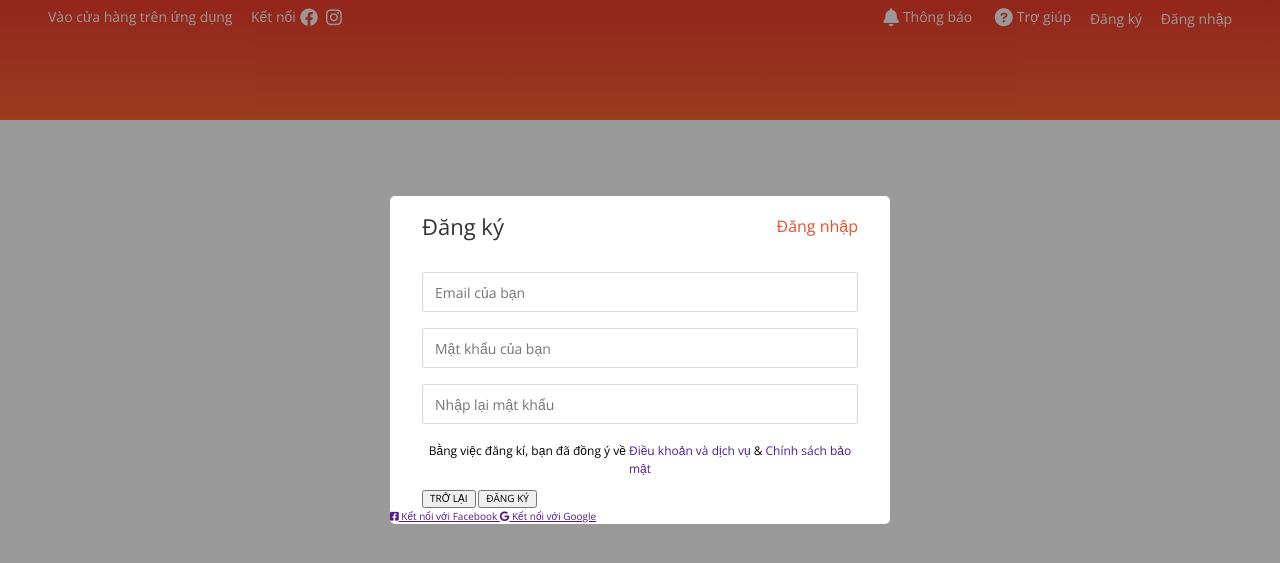
Repository: trongtamdev/Clone-Shopee-Page
Page: index.html
These files come from the project's save history. The page is drawn as it stood at one moment and after the next save; the edit follows.
The browser window is 1280 px wide. The pictures show the whole page.

Above is the page before, as saved 2022-07-08 21:38:52.

### index.html
<!DOCTYPE html>
<html lang="en">

<head>
    <meta charset="UTF-8">
    <meta http-equiv="X-UA-Compatible" content="IE=edge">
    <meta name="viewport" content="width=device-width, initial-scale=1.0">
    <title>Document</title>
    <link rel="stylesheet" href="https://cdnjs.cloudflare.com/ajax/libs/normalize/8.0.1/normalize.min.css">
    <link rel="stylesheet" href="assets/css/base.css">
    <link rel="stylesheet" href="assets/css/main.css">
    <link rel="stylesheet" href="assets/fonts/fontawesome-free-6.1.1/css/all.min.css">
    <link href="https://fonts.googleapis.com/css2?family=Open+Sans:wght@300;400;500;700&display=swap" rel="stylesheet">
</head>
    <div class="app">
        <header class="header">
            <div class="grid">
                <nav class="header__navbar">
                    <ul class="header__navbar-list">
                        <li class="header__navbar-item header__navbar-item--has-qr">
                            Vào cửa hàng trên ứng dụng
                            <div class="header__qr">
                                <img src="assets/img/qr_code.png" alt="QR code" class="header__qr-img">
                                <div class="header__qr-apps">
                                    <a href="" class="header__qr-link">
                                        <img src="assets/img/google_play.png" alt="Google play" class="header__qr-download-img">
                                    </a>
                                    <a href="" class="header__qr-link">
                                        <img src="assets/img/app_store.png" alt="App store" class="header__qr-download-img">
                                    </a>
                                </div>
                            </div>
                        </li>
                        <li class="header__navbar-item">
                            <span class="header__navbar-title--no-pointer">Kết nối</span>
                            <a href="" class="header__navbar-icon-link">
                                <i class="header__navbar-icon fa-brands fa-facebook"></i>
                            </a>
                            <a href="" class="header__navbar-icon-link">
                                <i class="header__navbar-icon fa-brands fa-instagram"></i>
                            </a>
                        </li>
                    </ul>

                    <ul class="header__navbar-list">
                        <li class="header__navbar-item">
                            <a href="" class="header__navbar-item-link">
                                <i class="header__navbar-icon fa-solid fa-bell"></i>
                                Thông báo</a>
                        </li>

                        <li class="header__navbar-item">
                            <a href="" class="header__navbar-item-link">
                                <i class="header__navbar-icon fa-solid fa-circle-question"></i>
                                Trợ giúp</a>
                        </li>

                        <li class="header__navbar-item header__navbar-item--strong">Đăng ký</li>
                        <li class="header__navbar-item header__navbar-item--strong">Đăng nhập</li>
                    </ul>
                </nav>
            </div>

        </header>

        <div class="container">

        </div>

        <footer class="footer">

        </footer>
    </div>
    <div class="modal">
        <div class="modal__overlay">

        </div>
        <div class="modal__body">

            <!-- Auth form -->
            <div class="auth-form">
                <div class="auth-form__container">
                    <div class="auth-form__header">
                        <h3 class="auth-form__heading">Đăng ký</h3>
                        <span class="auth-form__switch-btn">Đăng nhập</span>
                    </div>

                    <div class="auth-form__form">
                        <div class="auth-form__group">
                            <input type="text" class="auth-form__input" placeholder="Email của bạn">
                        </div>

                        <div class="auth-form__group">
                            <input type="password" class="auth-form__input" placeholder="Mật khẩu của bạn">
                        </div>

                        <div class="auth-form__group">
                            <input type="password" class="auth-form__input" placeholder="Nhập lại mật khẩu">
                        </div>
                    </div>

                    <div class="auth-form__aside">
                        <p class="auth-form__policy-text">
                            Bằng việc đăng kí, bạn đã đồng ý về
                            <a href="" class="auth-form__text-link">Điều khoản và dịch vụ</a> &
                            <a href="" class="auth-form__text-link">Chính sách bảo mật</a>
                        </p>
                    </div>

                    <div class="auth-form__controls">
                        <button class="btn">TRỞ LẠI</button>
                        <button class="btn btn--primary">ĐĂNG KÝ</button>
                    </div>
                </div>

                <div class="auth-form__socials">
                    <a href="" class="btn btn--with-icon">
                        <i class="fa-brands fa-facebook-square"></i>
                        Kết nối với Facebook
                    </a>

                    <a href="" class="btn btn--with-icon">
                        <i class="fa-brands fa-google"></i>
                        Kết nối với Google
                    </a>
                </div>
            </div>
        </div>
    </div>
<body>

</body>

</html>

### assets/css/base.css
:root {
    --white-color :#fff;
    --back-color :#000;
    --text-color : #333;
    --primary-color: #EE4D2D;
    --border-color: #dbdbdb;
}

*{
    box-sizing: inherit;
}

html {
    font-size: 62.5%;
    line-height: 1.6rem;
    font-family: 'Open Sans', sans-serif;;
    box-sizing: border-box;
}

.grid {
    width: 1200px;
    max-width: 100%;
    margin: 0 auto;
}

.grid__full-width {
    width: 100%;
}

.grid__row {
    display: flex;
    flex-wrap: wrap
}

/* Animation */
@keyframes fadeIn {
    from {
        opacity: 0;
    }to {
        opacity: 1;
    }
}

/* Modal */

.modal {
    position: fixed;
    top: 0;
    right: 0;
    bottom: 0;
    left: 0;
    display: flex;
}

.modal__overlay {
    position: absolute;
    width: 100%;
    height: 100%;
    background-color: rgba(0, 0, 0, 0.4);
}

.modal__body {

    background-color: var(--white-color);
    margin: auto;
    position: relative;
    z-index: 1;
    border-radius: 5px;
}

### assets/css/main.css
.header {
    height: 120px;
    background-image: linear-gradient(0, #fe6433, #f53e2d);
}

.header__navbar {
    display: flex;
    justify-content: space-between;
}

.header__navbar-list {
    list-style: none;
    padding: 0;
    margin-top: 4px;
}

.header__navbar-item {
    margin: 0 8px;
    position: relative;
    min-height: 26px;
}

.header__navbar-item--has-qr:hover .header__qr {
    display: block;
}

.header__navbar-item,
.header__navbar-item-link{
    display: inline-block;
    font-size: 1.4rem;
    color :var(--white-color);
    text-decoration: none;
    font-weight: 300;
}

.header__navbar-item,
.header__navbar-item-link,
.header__navbar-icon-link {
    display: inline-flex;
    align-items: center;
}

.header__navbar-item:hover,
.header__navbar-item-link:hover,
.header__navbar-icon-link:hover{
    cursor: pointer;
    color: rgba(255, 255, 255, 0.7);
}

.header__navbar-item--strong {
    font-weight: 400;
}


.header__navbar-icon-link {
    color: var(--white-color);
    text-decoration: none;
}

.header__navbar-icon {
    font-size: 1.8rem;
    margin: 0 4px;
}

.header__navbar-title--no-pointer {
    color: var(--white-color);
    cursor: text;
}

/* Header QR code */

.header__qr {
    width: 186px;
    background-color: var(--white-color);
    position: absolute;
    left: 0;
    top: 118%;
    padding: 8px;
    border-radius: 2px;
    display: none;
    animation: fadeIn ease-in 0.5s;
}

.header__qr::before {
    position: absolute;
    left: 0;
    top: -16px;
    width: 100%;
    height: 20px;
    content: "";
    display: block;
}

.header__qr-img {
    width: 100%;
}

.header__qr-apps {
    display: flex;
}

.header__qr-link:nth-child(1) {
    margin-left: 11px;
}

.header__qr-link:nth-child(2) {
    margin-right: 11px;
}

.header__qr-download-img {
    height: 18px;
}


/* Authen Modal */

.auth-form {
    width: 500px;

}


.auth-form__container {
    padding: 0 32px;
}

.auth-form__header {
    display: flex;
    align-items: center;
    justify-content: space-between;
}

.auth-form__heading {
    font-size: 2.2rem;
    font-weight: 400;
    color: var(--text-color);
}

.auth-form__switch-btn {
    font-size: 1.6rem;
    font-weight: 400;
    color: var(--primary-color);
    cursor: pointer;
}

.auth-form__form {

}

.auth-form__input {
    width: 100%;
    height: 40px;
    margin-top: 16px;
    padding: 0 12px;
    font-size: 1.4rem;
    border: 1px solid var(--border-color);
    border-radius: 2px;
    outline: none;
}

.auth-form__input:focus {
    border-color: #777;
}

.auth-form__aside {
    margin-top: 18px;
}

.auth-form__policy-text {
    font-size: 1.2rem;
    line-height: 1.8rem;
    text-align: center;
}

.auth-form__text-link {
    text-decoration: none;

}

Loaded but not shown: assets/fonts/fontawesome-free-6.1.1/css/all.min.css (library)

After the next save:
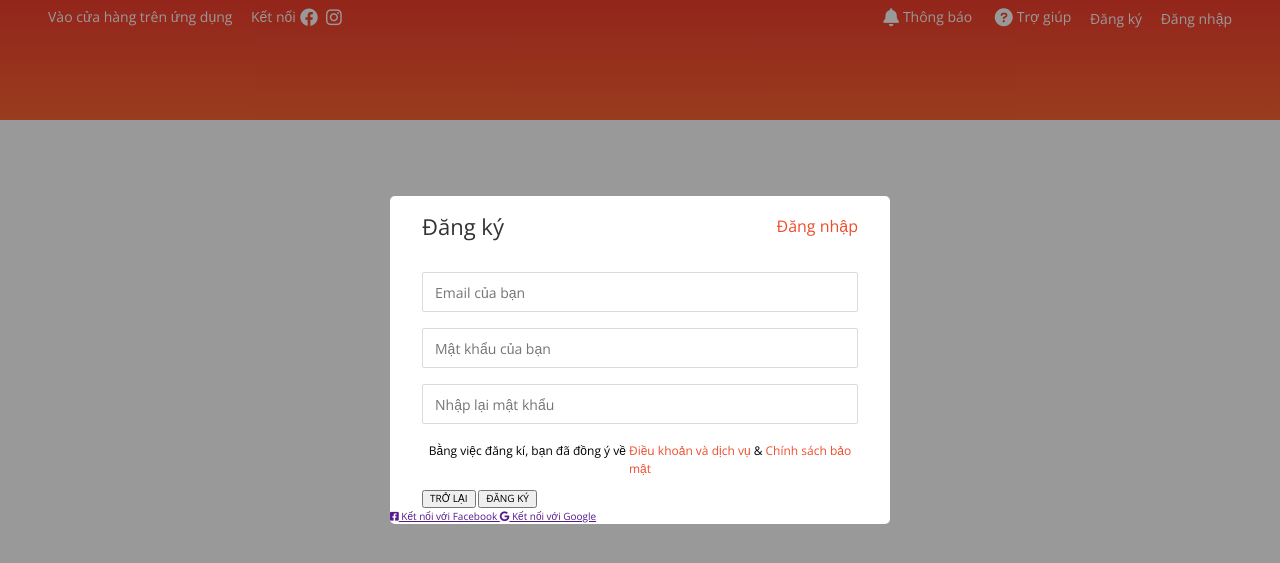
Saved 17 s later.
--- a/assets/css/main.css
+++ b/assets/css/main.css
@@ -174,5 +174,5 @@
 
 .auth-form__text-link {
     text-decoration: none;
-
+    color: var(--primary-color);
 }
